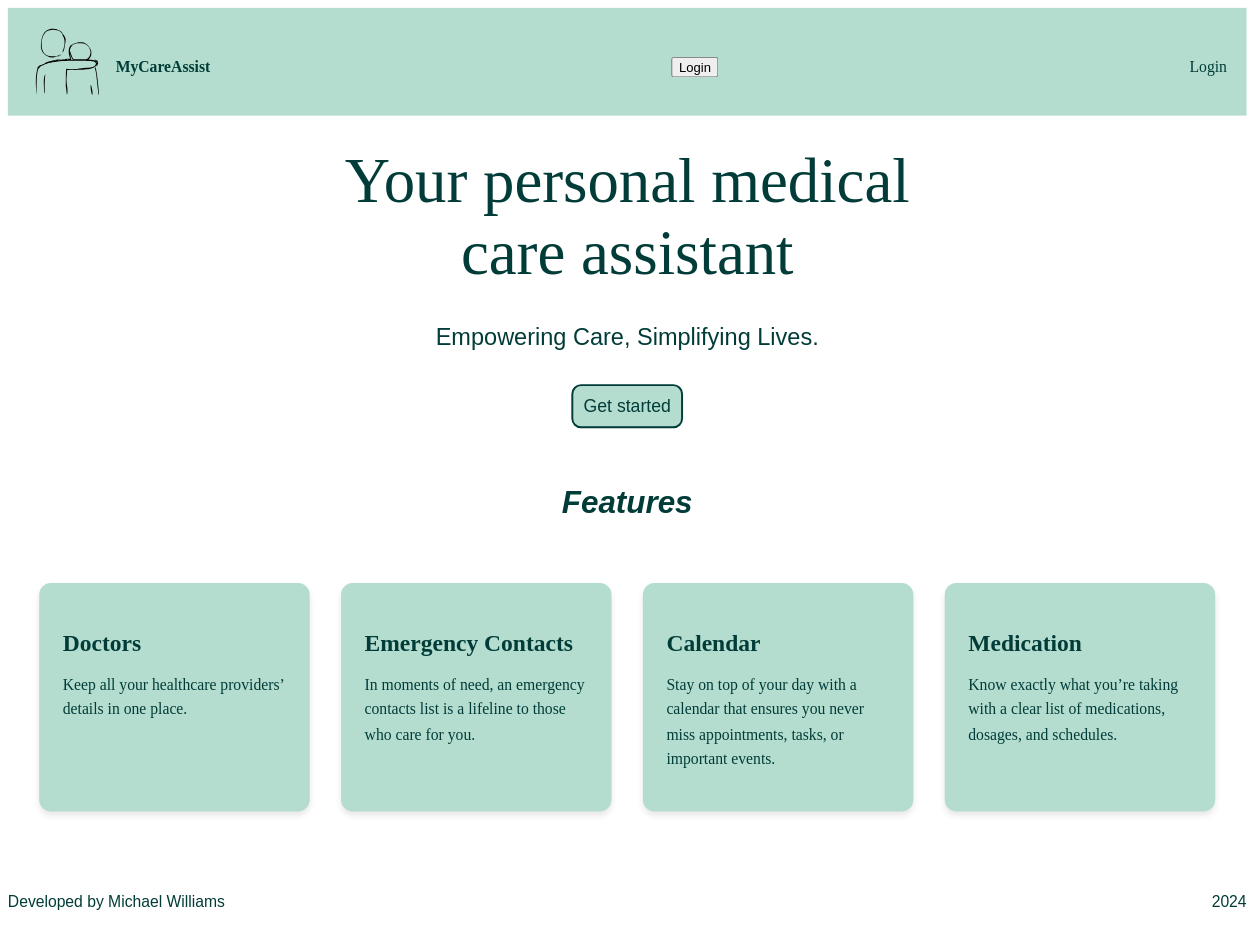
Repository: MWilliams-26/MyCareAssist-frontend
Page: /
The author's editor kept a copy of each file at every save. The page is drawn from the files as they stood at one save, then again after the next save.
The browser window is 1280 px wide. The pictures show the whole page, at 98% of full size.
The project was rebuilt for these pictures with package versions that can differ from the ones it lists, and the page was loaded fresh each time. Also part of the build but not shown: vite.config.js, src/components/App/App.css, src/hooks/useForm.js, src/components/SetupProfileModal/SetupProfileModal.jsx, src/components/DoctorsModal/DoctorsModal.jsx, src/components/EmergencyContactsModal/EmergencyContacts.jsx, src/components/CreateEventFormModal/CreateEventFormModal.css, src/components/CreateEventFormModal/CreateEventFormModal.jsx and 4 more.

Above is the page before, as saved 2024-12-09 00:29:42.

### index.html
<!doctype html>
<html lang="en">
  <head>
    <meta charset="UTF-8" />
    <link rel="icon" type="image/svg+xml" href="/vite.svg" />
    <meta name="viewport" content="width=device-width, initial-scale=1.0" />
    <title>My Care Assist</title>
  </head>
  <body>
    <div id="root"></div>
    <script type="module" src="/src/main.jsx"></script>
  </body>
</html>

### src/main.jsx
import React from 'react';
import ReactDOM from 'react-dom/client';
import App from "./components/App/App";
import { BrowserRouter } from 'react-router-dom';
import './index.css';

ReactDOM.createRoot(document.getElementById('root')).render(
  <React.StrictMode>
    <BrowserRouter>
      <App />
    </BrowserRouter>
  </React.StrictMode>,
);

### src/components/App/App.jsx
import { Routes, Route, useNavigate } from 'react-router-dom';
import { useEffect, useState } from 'react';
import './App.css';
import Header from '../Header/Header';
import Main from '../Main/Main';
import Footer from '../Footer/Footer';
import RegisterModal from '../RegisterModal/RegisterModal';
import LoginModal from '../LoginModal/LoginModal';
import Dashboard from '../Dashboard/Dashboard';
import { Register, Login } from '../../utils/auth';


function App() {
  const [activeModal, setActiveModal] = useState("");
  const [isLoggedIn, setIsLoggedIn] = useState(false);
  const [currentUser, setCurrentUser] = useState({
    email: "",
    name: "",
    avatar: "",
    _id: "",
  });

  const navigate = useNavigate();

  const handleRegistrationClick = () => {
    setActiveModal("signup");
  }

  const handleLoginClick = () => {
    setActiveModal("login");
  }

  const closeActiveModal = () => {
    setActiveModal("");
  }

  const handleRegistration = ({ email, password, name }) => {
    console.log("Registration data:", { email, password, name });
    Register({ email, password, name })
      .then((data) => {
        console.log("Registration successful:", data);
        setIsLoggedIn(true);
        closeActiveModal();
        navigate("/dashboard");
      })
      .catch((error) => {
        console.error("Error during registration:", error);
      });
  };

  const handleLogin = ({ email, password }) => {
    console.log("Login data:", { email, password });
    // Implement your login logic here
    // For example, you can make an API call to your backend to authenticate the user
    // If the login is successful, you can set the isLoggedIn state to true
    setIsLoggedIn(true);
    closeActiveModal();
    navigate("/dashboard");
  };
  return (
    <div className="App">
      <Header
        isLoggedIn={isLoggedIn}
        handleLoginClick={handleLoginClick}
      />
      <Routes>
        <Route
          path="/"
          element={
            <Main
              handleRegistrationClick={handleRegistrationClick}
            />
          }
        />
        <Route
          path="/dashboard"
          element={
            <Dashboard />
          }
        />
      </Routes>
      <Footer />

      <RegisterModal
        isOpen={activeModal === "signup"}
        onClose={closeActiveModal}
        handleRegistration={handleRegistration}
        handleTextButton={handleLoginClick}
      />

      <LoginModal
        isOpen={activeModal === "login"}
        onClose={closeActiveModal}
        handleLogin={handleLogin}
        handleTextButton={handleRegistrationClick}
      />

    </div>
  );
}

export default App;

### src/index.css
@import url(./vendor/fonts.css);

### src/components/Header/Header.jsx
import Shoulder from '../../assets/Shoulder.svg'
import './Header.css';

function Header({ handleLoginClick, isLoggedIn }) {
  return (
    <header className="header">
      <div className="header__logo-container">
        <img className="header__logo" src={Shoulder} alt="MyCareShoulder" />
        <h1 className="header__title">
          MyCareAssist
        </h1>
      </div>

      {!isLoggedIn && (  // Only show if not logged in
        <button
          type="button"
          onClick={handleLoginClick}
          className="header__button"
        >
          Login
        </button>
      )}


      <div className="header__auth-container">
        <button className="header__login-btn" onClick={handleLoginClick}>
          {isLoggedIn ? "Logout" : "Login"}
        </button>
      </div>
    </header>
  );
};

export default Header;

### src/components/Main/Main.jsx
import './Main.css';

function Main({ handleRegistrationClick }) {
  return (
    <main>
      <section className="welcome__section">
        <div className="welcome__title-container">
          <h1 className="welcome__title">Your personal medical<br />care assistant</h1>
          <p className="welcome__text">
            Empowering Care, Simplifying Lives.
          </p>
          <div className="welcome__button-container">
            <button className="welcome__button" onClick={handleRegistrationClick}>Get started</button>
          </div>
        </div>
      </section>
      <section className="welcome__features">
        <h2 className="welcome__features-title">Features</h2>
        <div className="welcome__features-container">
          <div className="welcome__features-doctor">
            <h3 className="welcome__features-sub">Doctors</h3>
            <p className="welcome__features-text">
              Keep all your healthcare providers’ details in one place.
            </p>
          </div>
          <div className="welcome__features-emergency">
            <h3 className="welcome__features-sub">Emergency Contacts</h3>
            <p className="welcome__features-text">
              In moments of need, an emergency contacts list is a lifeline to those who care for you.
            </p>
          </div>
          <div className="welcome__features-calendar">
            <h3 className="welcome__features-sub">Calendar</h3>
            <p className="welcome__features-text">
              Stay on top of your day with a calendar that ensures you never miss appointments, tasks, or important events.
            </p>
          </div>
          <div className="welcome__features-medication">
            <h3 className="welcome__features-sub">Medication</h3>
            <p className="welcome__features-text">
              Know exactly what you’re taking with a clear list of medications, dosages, and schedules.
            </p>
          </div>
        </div>
      </section>
    </main>
  )
}

export default Main;

### src/components/Footer/Footer.jsx
import "./Footer.css"

function Footer() {
  return (
    <footer className="footer">
      <div>Developed by Michael Williams</div>
      <div>2024</div>
    </footer>
  )
}

export default Footer;

### src/components/RegisterModal/RegisterModal.jsx
import React, { useState, useEffect } from 'react';
import ModalWithForm from '../ModalWithForm/ModalWithForm';

const RegisterModal = ({ isOpen, handleRegistration, handleTextButton, onClose }) => {
  const [data, setData] = useState({
    email: "",
    password: "",
    name: "",
  });

  const isFormValid = () => {
    return data.email && data.password && data.name;
  };

  const handleChange = (e) => {
    const { name, value } = e.target;
    setData((prevData) => ({
      ...prevData,
      [name]: value,
    }));
  };

  const handleSubmit = (e) => {
    e.preventDefault();
    if (!isFormValid()) {
      return;
    }
    handleRegistration(data);
  };

  useEffect(() => {
    setData({
      email: "",
      password: "",
      name: "",
    });
  }, [isOpen]);

  return (
    <ModalWithForm
      title="Sign Up"
      buttonText="Sign Up"
      redirectText="Sign In"
      handleTextButton={handleTextButton}
      isOpen={isOpen}
      onClose={onClose}
      onSubmit={handleSubmit}
    >
      <label className="modal__label">
        Email{""}
        <input
          type="email"
          className="modal__input"
          id="email"
          name="email"
          placeholder="Email"
          value={data.email}
          onChange={handleChange}
          required

        />
      </label>
      <label className="modal__label">
        Password{""}
        <input
          type="password"
          className="modal__input"
          id="password"
          name="password"
          placeholder="Password"
          value={data.password}
          onChange={handleChange}
          required

        />
      </label>
      <label className="modal__label">
        Name{""}
        <input
          type="text"
          className="modal__input"
          id="name"
          name="name"
          placeholder="Name"
          value={data.name}
          onChange={handleChange}
          required

        />
      </label>
    </ModalWithForm>
  )

};

export default RegisterModal;

### src/components/LoginModal/LoginModal.jsx
import React, { useState, useEffect } from 'react';
import ModalWithForm from '../ModalWithForm/ModalWithForm';

const LoginModal = ({ isOpen, handleLogin, handleTextButton, onClose }) => {
  const [data, setData] = useState({
    email: "",
    password: "",
  });

  const isFormValid = () => {
    return data.email && data.password;
  };

  const handleChange = (e) => {
    const { name, value } = e.target;
    setData((prevData) => ({
      ...prevData,
      [name]: value,
    }));
  };

  const handleSubmit = (e) => {
    e.preventDefault();
    if (!isFormValid()) {
      return;
    }
    handleLogin(data);
  };

  useEffect(() => {
    setData({
      email: "",
      password: "",
    });
  }, [isOpen]);

  return (
    <ModalWithForm
      title="Sign In"
      buttonText="Sign In"
      redirectText="Sign Up"
      handleTextButton={handleTextButton}
      isOpen={isOpen}
      onClose={onClose}
      onSubmit={handleSubmit}
    >
      <label className="modal__label">
        Email{""}
        <input
          type="email"
          className="modal__input"
          id="email"
          name="email"
          placeholder="Email"
          value={data.email}
          onChange={handleChange}
          required
        />
      </label>
      <label className="modal__label">
        Password{""}
        <input
          type="password"
          className="modal__input"
          id="password"
          name="password"
          placeholder="Password"
          value={data.password}
          onChange={handleChange}
          required
        />
      </label>
    </ModalWithForm>
  );
};

export default LoginModal;

### src/vendor/fonts.css
@font-face {
  font-family: 'Goblin One Regular';
  font-style: normal;
  font-weight: normal;
  src: url('Goblin One Regular'), url('GoblinOne.woff') format('woff');
  }

  @font-face {
    font-family: "Be Vietnam Pro", sans-serif;
    font-weight: 100;
    font-style: normal;
    src: url('./fonts/BeVietnamPro-Thin.ttf');
  }

  @font-face {
    font-family: "Be Vietnam Pro", sans-serif;
    font-weight: 200;
    font-style: normal;
    src: url('./fonts/BeVietnamPro-ExtraLight.ttf');
  }

  @font-face {
    font-family: "Be Vietnam Pro", sans-serif;
    font-weight: 300;
    font-style: normal;
    src: url('./fonts/BeVietnamPro-Light.ttf');
  }

  @font-face {
    font-family: "Be Vietnam Pro", sans-serif;
    font-weight: 400;
    font-style: normal;
    src: url('./fonts/BeVietnamPro-Regular.ttf');
  }

  @font-face {
    font-family: "Be Vietnam Pro", sans-serif;
    font-weight: 700;
    font-style: normal;
    src: url('./fonts/BeVietnamPro-Bold.ttf')
  }

  @font-face {
    font-family: "Be Vietnam Pro", sans-serif;
    font-weight: 200;
    font-style: italic;
    src: url('./fonts/BeVietnamPro-ExtraLightItalic.ttf');
  }

  @font-face {
    font-family: "Be Vietnam Pro", sans-serif;
    font-weight: 300;
    font-style: italic;
    src: url('./fonts/BeVietnamPro-LightItalic.ttf');
  }

  @font-face {
    font-family: "Be Vietnam Pro", sans-serif;
    font-weight: 400;
    font-style: italic;
    src: url('./fonts/')
  }

  @font-face {
    font-family: "Be Vietnam Pro", sans-serif;
    font-weight: 900;
    font-style: italic;
    src: url('./fonts/BeVietnamPro-BlackItalic.ttf');
  }

### src/components/Header/Header.css
.header {
  display: flex;
  align-items: center;
  justify-content: space-between;
  padding: 10px 10px 0 10px;
  font-weight: 400;
  background-color: #B4DDCF;
}

.header__logo-container {
  display: flex;
  align-items: center;
  justify-content: center;
}

.header__logo {
  margin: 0;
  padding: 0;
  cursor: pointer;
  font-family: "Goblin One", serif;
  font-size: 24px;
  color: #013C38;
  background-color: transparent;
  width: 100px;
  height: 100px;
}

/* .header__user-container {

} */


.header__title {
  font-family: "Goblin One", serif;
  color:#013C38;
  font-size: medium;
}

.header__login-btn {
  margin: 0;
  border: none;
  padding: 0 10px;
  cursor: pointer;
  font-family: "Goblin One", serif;
  font-size: medium;
  font-weight: 400;
  color: #013C38;
  background-color: transparent;
}

### src/components/Footer/Footer.css
.footer {
  width: 100%;
  height: 20px;
  display: flex;
  justify-content: space-between;
  padding: 50px 0 30px;
  font-family: "Be Vietnam Pro", sans-serif;
  font-size: 16px;
  font-weight: 500;
  line-height: 20px;
  color: #013C38;
}

### src/components/ModalWithForm/ModalWithForm.jsx
import './ModalWithForm.css'
import { useEffect } from 'react';
import close from '../../assets/Close.svg';


const ModalWithForm = ({ title, buttonText, redirectText, handleTextButton, children, onClose, isOpen, onSubmit }) => {
  useEffect(() => {
    if (!isOpen) return;
    const handleEscape = (e) => {
      if (e.key === "Escape") {
        onClose();
      }
    };
    document.addEventListener("keydown", handleEscape);
    return () => {
      document.removeEventListener("keydown", handleEscape);
    };
  }, [isOpen, onClose]);

  const handleOverlayClose = (e) => {
    if (e.target === e.currentTarget) {
      onClose();
    }
  };


  return (
    <div className={`modal ${isOpen && "modal_opened"}`} onClick={handleOverlayClose}>
      <div className="modal__content">
        <h2 className="modal__title">{title}</h2>
        <button onClick={onClose} type="button" className="modal__close">
          <img src={close} alt="close" className="modal__close-btn" />
        </button>
        <form className="modal__form" onSubmit={onSubmit}>
          {children}
          <div className="modal__button_container">
            <button
              type="submit"
              className="modal__submit">
              {buttonText}
            </button>
            <button
              type="button"
              className="modal__text-button"
              onClick={handleTextButton}>
              {redirectText}
            </button>
          </div>
        </form>
      </div>
    </div>
  )
};

export default ModalWithForm;

### src/components/ModalWithForm/ModalWithForm.css
.modal {
  position: fixed;
  top: 0;
  bottom: 0;
  left: 0;
  right: 0;
  background-color: #0000004D;
  display: flex;
  justify-content: center;
  align-items: center;
  visibility: hidden;
}

.modal_opened {
  visibility: visible;
}
.modal__close {
  position: absolute;
  top: 20px;
  right: 28px;
  width: 20px;
  height: 20px;
  padding: 0;
  border: none;
  cursor: pointer;
}

.modal__title {
  margin: 0;
  margin-bottom: 24px;
  font-family: "Goblin One", serif;
}

.modal__content {
  background-color: #fff;
  border-radius: 20px;
  max-height: 610px;
  max-width: 496px;
  padding: 28px 28px 36px;
  position: fixed;
  /* width: 100%; */
}


.modal__form {
  display: flex;
  flex-direction: column;
  width: 100%;
  height: 100%;
  font-family: "Goblin One", serif;
}

.modal__label {
  width: 440px;
  font-family: "Goblin One", serif;
  font-size: 16px;
  font-style: normal;
  font-weight: 400;
  line-height: 20px;
  margin-bottom: 24px;
}

.modal__input {
  display: block;
  width: 440px;
  height: 24px;
  top: 293px;
  left: 500px;
  border: none;
  background: #FFFFFF;
  border-bottom: 1px solid #000000;
  padding: 8px 0 0;
}

.modal__legend {
  font-family: "Goblin One", serif;
  font-size: 16px;
  font-weight: 400;
  font-style: normal;
  line-height: 20px;
  letter-spacing: 0em;
  text-align: left;
  padding-bottom: 12px;
}

.modal__radio-buttons {
  border: none;
  padding: 0;
  margin: 0;
  display: flex;
  flex-direction: column;
}

.modal__button_container {
  display: flex;
  gap: 10px;
  align-items: baseline;
}

.modal__submit {
  border: none;
  width: 124px;
  height: 36px;
  border-radius: 4px;
  cursor: pointer;
  color: #ffffff;
  background-color: #000000;
  font-family: "Goblin One", serif;
}

.modal__submit:disabled {
  background-color: #0000004D;
}

.modal__submit:hover {
  opacity: 0.8;
}

.modal__text-button {
  border: none;
  background-color: #fff;
  color: #0000004D;
  cursor: pointer;
  font-family: "Goblin One", serif;
}

Loaded but not shown: src/utils/auth.js (42 lines, source omitted); src/components/Main/Main.css (147 lines, source omitted)

After the next save:
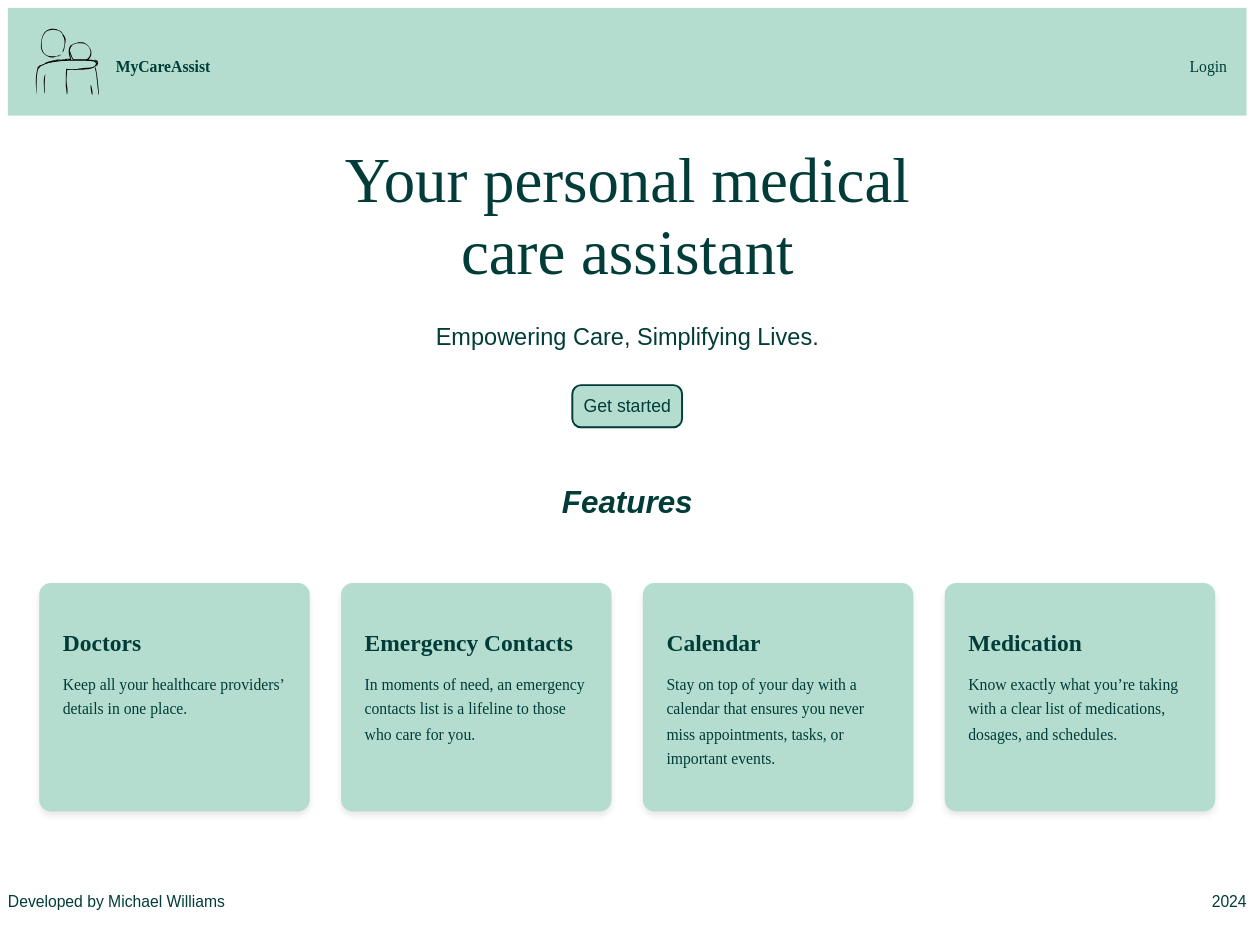
Saved 65 s later.
--- a/src/components/Header/Header.jsx
+++ b/src/components/Header/Header.jsx
@@ -11,7 +11,7 @@
         </h1>
       </div>
 
-      {!isLoggedIn && (  // Only show if not logged in
+      {/* {!isLoggedIn && (  // Only show if not logged in
         <button
           type="button"
           onClick={handleLoginClick}
@@ -19,7 +19,7 @@
         >
           Login
         </button>
-      )}
+      )} */}
 
 
       <div className="header__auth-container">

After the save that followed:
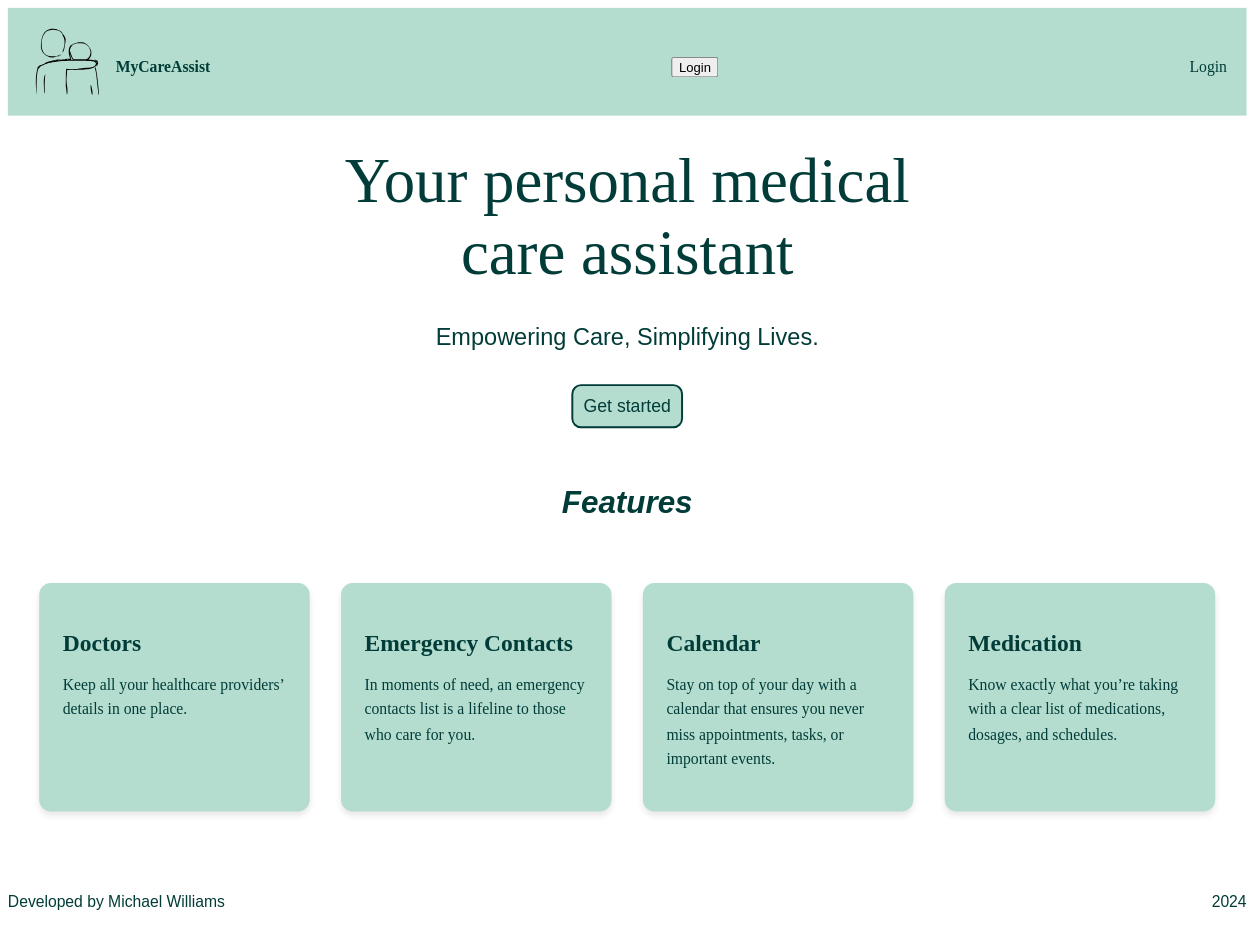
Saved 7 s later.
--- a/src/components/Header/Header.jsx
+++ b/src/components/Header/Header.jsx
@@ -11,7 +11,7 @@
         </h1>
       </div>
 
-      {/* {!isLoggedIn && (  // Only show if not logged in
+      {!isLoggedIn && (  // Only show if not logged in
         <button
           type="button"
           onClick={handleLoginClick}
@@ -19,7 +19,7 @@
         >
           Login
         </button>
-      )} */}
+      )}
 
 
       <div className="header__auth-container">
